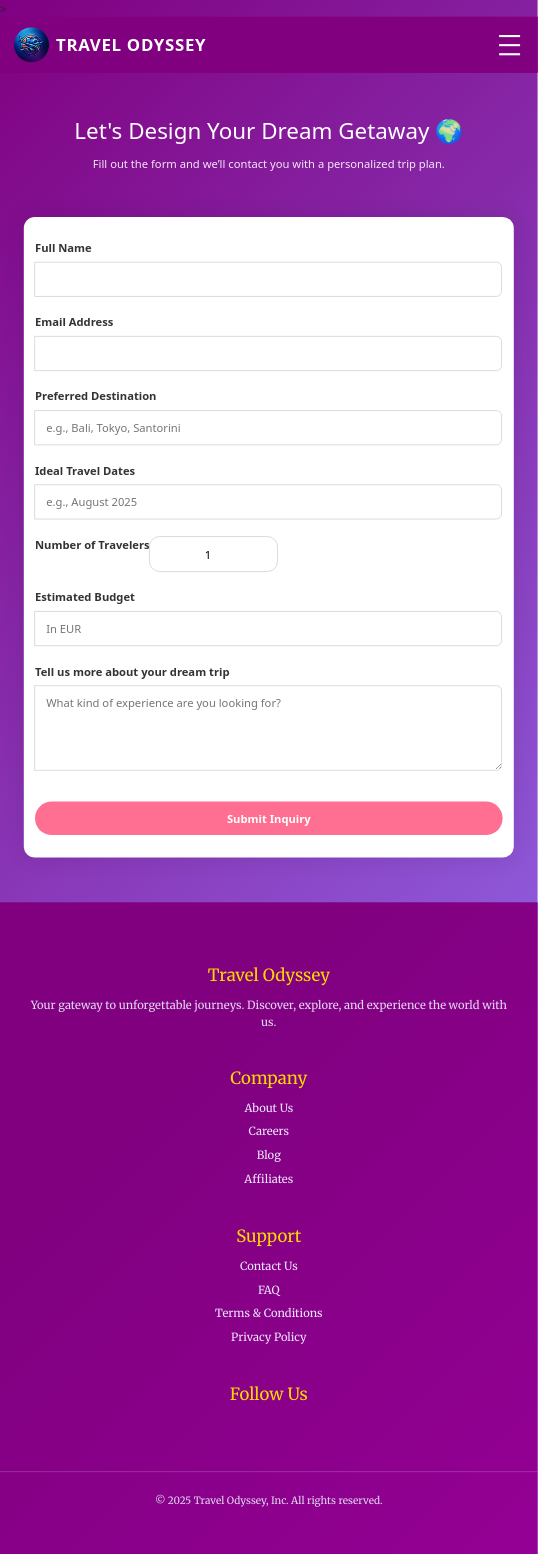
Repository: GHzPhoenix/Project-Odyssey
Page: Frontend/dream.html
An editor plug-in stored every save of this project. The page is shown before and after the next save, followed by the edit.
The browser window is 768 px wide. The pictures show the whole page, at 70% of full size.

Above is the page before, as saved 2025-06-13 14:32:08.

### Frontend/dream.html
<!DOCTYPE html>
<html lang="en">
  <head>
    <meta charset="UTF-8" />
    <meta name="viewport" content="width=device-width, initial-scale=1.0" />
    <title>Plan Your Dream Trip – Travel Odyssey</title>
    <link rel="stylesheet" href="/Frontend/css/style.css" />
    <link rel="stylesheet" href="/Frontend/css/dream.css" />
    <link rel="preconnect" href="https://fonts.googleapis.com" />
    >
    <link rel="preconnect" href="https://fonts.gstatic.com" crossorigin />
    <link
      href="https://fonts.googleapis.com/css2?family=Merriweather:wght@300;400;700&display=swap"
      rel="stylesheet"
    />
    <link
      href="https://cdn.jsdelivr.net/npm/bootstrap@5.3.3/dist/css/bootstrap.min.css"
      rel="stylesheet"
      crossorigin="anonymous"
    />
  </head>
  <body>
    <header>
      <nav>
        <div class="logo">
          <img src="/Frontend/assets/your-logo.png" alt="Logo" />
          Travel Odyssey
        </div>
        <div class="menu-toggle" onclick="toggleMenu()">
          <div></div>
          <div></div>
          <div></div>
        </div>
        <ul class="nav-menu">
          <li><a href="index.html">Home</a></li>
          <li><a href="deals.html">Deals</a></li>
          <li class="dropdown-parent">
            <a href="#">Services ▼</a>
            <div class="dropdown">
              <a href="membership.html">Memberships</a>
              <a href="dream.html">Plan your Trip</a>
              <a href="client-area.html">Client Area</a>
            </div>
          </li>
          <li><a href="contact.html">Contact</a></li>
          <li><a href="signup.html" class="signup-btn">Sign Up</a></li>
        </ul>
      </nav>
    </header>

    <main>
      <section class="dream-intro">
        <h2>Let's Design Your Dream Getaway 🌍</h2>
        <p>
          Fill out the form and we’ll contact you with a personalized trip plan.
        </p>
      </section>

      <section class="dream-form">
        <form id="dreamtrip-form">
          <div class="input-group">
            <label for="name">Full Name</label>
            <input type="text" id="name" name="name" required />
          </div>
          <div class="input-group">
            <label for="email">Email Address</label>
            <input type="email" id="email" name="email" required />
          </div>
          <div class="input-group">
            <label for="destination">Preferred Destination</label>
            <input
              type="text"
              id="destination"
              name="destination"
              placeholder="e.g., Bali, Tokyo, Santorini"
              required
            />
          </div>
          <div class="input-group">
            <label for="dates">Ideal Travel Dates</label>
            <input
              type="text"
              id="dates"
              name="dates"
              placeholder="e.g., August 2025"
              required
            />
          </div>
          <div class="input-group">
            <label for="guests">Number of Travelers</label>
            <input
              type="number"
              id="guests"
              name="guests"
              min="1"
              value="1"
              required
            />
          </div>
          <div class="input-group">
            <label for="budget">Estimated Budget</label>
            <input
              type="number"
              id="budget"
              name="budget"
              placeholder="In EUR"
              min="100"
              required
            />
          </div>
          <div class="input-group">
            <label for="preferences">Tell us more about your dream trip</label>
            <textarea
              id="preferences"
              name="preferences"
              rows="4"
              placeholder="What kind of experience are you looking for?"
            ></textarea>
          </div>
          <div class="button-container">
            <button id="contact" class="submit" type="submit">
              Submit Inquiry
            </button>
          </div>
        </form>
      </section>
    </main>

    <footer class="footer">
      <div class="footer-container">
        <div class="footer-section">
          <h3>Travel Odyssey</h3>
          <p>
            Your gateway to unforgettable journeys. Discover, explore, and
            experience the world with us.
          </p>
        </div>
        <div class="footer-section">
          <h3>Company</h3>
          <ul>
            <li><a href="aboutus.html">About Us</a></li>
            <li><a href="careers.html">Careers</a></li>
            <li><a href="blog.html">Blog</a></li>
            <li><a href="affiliates.html">Affiliates</a></li>
          </ul>
        </div>
        <div class="footer-section">
          <h3>Support</h3>
          <ul>
            <li><a href="contact.html">Contact Us</a></li>
            <li><a href="faq.html">FAQ</a></li>
            <li><a href="terms.html">Terms & Conditions</a></li>
            <li><a href="privacy.html">Privacy Policy</a></li>
          </ul>
        </div>
        <div class="footer-section">
          <h3>Follow Us</h3>
          <div class="social-icons">
            <a href="#"><i class="fab fa-facebook"></i></a>
            <a href="#"><i class="fab fa-instagram"></i></a>
            <a href="#"><i class="fab fa-twitter"></i></a>
            <a href="#"><i class="fab fa-youtube"></i></a>
          </div>
        </div>
      </div>
      <hr />
      <div class="footer-bottom">
        <p>© 2025 Travel Odyssey, Inc. All rights reserved.</p>
      </div>
    </footer>

    <script>
      function toggleMenu() {
        document.querySelector(".nav-menu").classList.toggle("active");
      }
      document
        .getElementById("dreamtrip-form")
        .addEventListener("submit", async (e) => {
          e.preventDefault();
          const f = e.target;
          const body = {
            name: f.name.value.trim(),
            email: f.email.value.trim(),
            destination: f.destination.value.trim(),
            dates: f.dates.value.trim(),
            guests: parseInt(f.guests.value, 10),
            budget: parseFloat(f.budget.value),
            preferences: f.preferences.value.trim(),
          };
          try {
            const res = await fetch("http://127.0.0.1:5001/api/inquiries", {
              method: "POST",
              headers: { "Content-Type": "application/json" },
              body: JSON.stringify(body),
            });
            if (!res.ok) throw await res.json();
            alert(
              "Inquiry saved! Our team will try to make your dream trip a reality."
            );
            f.reset();
          } catch (err) {
            alert(err.error || "Submission failed");
          }
        });
    </script>
  </body>
</html>

### Frontend/css/dream.css
@import url("https://fonts.googleapis.com/css2?family=Merriweather:wght@300;400;700&display=swap");

:root {
  --primary: purple;
  --primary-light: #947fff;
  --accent: #ff6f91;
  --text-dark: #333;
  --bg-light: #f4f4f9;
  --white: #fff;
}

body {
  font-family: "Merriweather", serif;
  margin: 0;
  padding: 0;
  background: linear-gradient(135deg, var(--primary), var(--primary-light));
  color: var(--text-dark);
}

main {
  padding: 4rem 1rem;
  display: flex;
  flex-direction: column;
  align-items: center;
  text-align: center;
}

.dream-intro {
  max-width: 700px;
  margin-bottom: 3rem;
  color: var(--white);
}

.dream-intro h2 {
  font-size: 2.5rem;
  margin-bottom: 1rem;
}

.dream-intro p {
  font-size: 1.2rem;
  opacity: 0.9;
}

.dream-form {
  background: var(--white);
  padding: 2.5rem;
  border-radius: 1rem;
  max-width: 700px;
  width: 100%;
  box-shadow: 0 0 2rem rgba(0, 0, 0, 0.1);
}

.input-group {
  margin-bottom: 1.5rem;
  text-align: left;
}

.input-group label {
  display: block;
  margin-bottom: 0.5rem;
  font-weight: 600;
  color: var(--text-dark);
}

.input-group input,
.input-group textarea {
  width: 100%;
  padding: 0.75rem 1rem;
  border-radius: 0.5rem;
  border: 1px solid #ccc;
  font-size: 1rem;
}

.button-container {
  text-align: center;
}

.submit {
  background: var(--accent);
  color: var(--white);
  border: none;
  padding: 0.75rem 2rem;
  font-size: 1rem;
  border-radius: 2rem;
  cursor: pointer;
  transition: background 0.3s ease, transform 0.2s ease;
}

.submit:hover {
  background: #d54a93;
  transform: translateY(-2px);
}

@media (max-width: 768px) {
  .dream-form {
    padding: 2rem 1rem;
  }
  .dream-intro h2 {
    font-size: 2rem;
  }
  .dream-intro p {
    font-size: 1rem;
  }
}

Loaded but not shown: Frontend/css/style.css (1245 lines, source omitted)

After the next save:
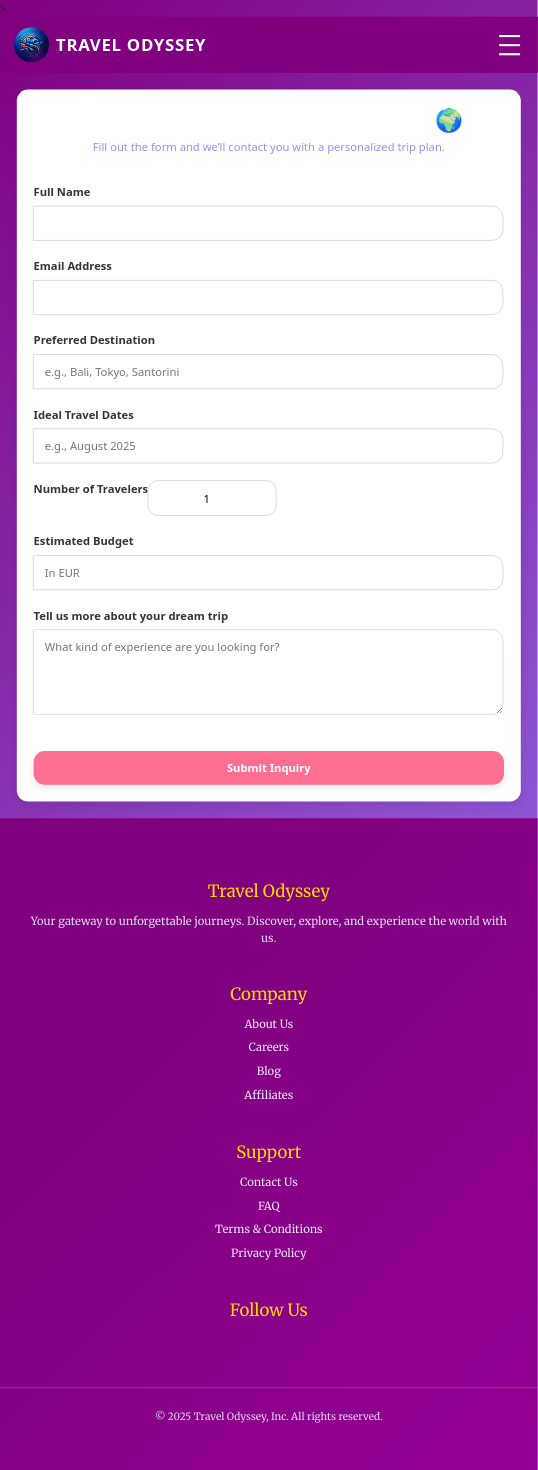
Saved 2 min 18 s later.
--- a/Frontend/css/dream.css
+++ b/Frontend/css/dream.css
@@ -7,58 +7,61 @@
   --text-dark: #333;
   --bg-light: #f4f4f9;
   --white: #fff;
+  --radius: 1rem;
+  --shadow: 0 4px 12px rgba(0, 0, 0, 0.1);
+}
+
+* {
+  box-sizing: border-box;
+  margin: 0;
+  padding: 0;
 }
 
 body {
   font-family: "Merriweather", serif;
-  margin: 0;
-  padding: 0;
   background: linear-gradient(135deg, var(--primary), var(--primary-light));
   color: var(--text-dark);
 }
 
 main {
-  padding: 4rem 1rem;
-  display: flex;
-  flex-direction: column;
-  align-items: center;
-  text-align: center;
+  max-width: 900px;
+  margin: 3rem auto;
+  background: var(--white);
+  padding: 2rem;
+  border-radius: var(--radius);
+  box-shadow: var(--shadow);
 }
 
 .dream-intro {
-  max-width: 700px;
-  margin-bottom: 3rem;
-  color: var(--white);
+  margin-bottom: 2.5rem;
+  color: var(--primary-light);
 }
 
 .dream-intro h2 {
   font-size: 2.5rem;
-  margin-bottom: 1rem;
+  color: var(--white);
+  text-align: center;
+  margin-bottom: 0.5rem;
 }
 
 .dream-intro p {
-  font-size: 1.2rem;
+  font-size: 1.1rem;
   opacity: 0.9;
+  text-align: center;
 }
 
 .dream-form {
-  background: var(--white);
-  padding: 2.5rem;
-  border-radius: 1rem;
-  max-width: 700px;
   width: 100%;
-  box-shadow: 0 0 2rem rgba(0, 0, 0, 0.1);
 }
 
 .input-group {
   margin-bottom: 1.5rem;
-  text-align: left;
 }
 
 .input-group label {
   display: block;
   margin-bottom: 0.5rem;
-  font-weight: 600;
+  font-weight: 700;
   color: var(--text-dark);
 }
 
@@ -66,13 +69,26 @@
 .input-group textarea {
   width: 100%;
   padding: 0.75rem 1rem;
-  border-radius: 0.5rem;
   border: 1px solid #ccc;
+  border-radius: var(--radius);
   font-size: 1rem;
+  transition: border-color 0.2s;
+}
+
+.input-group input:focus,
+.input-group textarea:focus {
+  outline: none;
+  border-color: var(--primary);
+}
+
+textarea {
+  resize: vertical;
+  min-height: 120px;
 }
 
 .button-container {
   text-align: center;
+  margin-top: 2rem;
 }
 
 .submit {
@@ -81,8 +97,9 @@
   border: none;
   padding: 0.75rem 2rem;
   font-size: 1rem;
-  border-radius: 2rem;
+  border-radius: var(--radius);
   cursor: pointer;
+  box-shadow: var(--shadow);
   transition: background 0.3s ease, transform 0.2s ease;
 }
 
@@ -92,8 +109,9 @@
 }
 
 @media (max-width: 768px) {
-  .dream-form {
-    padding: 2rem 1rem;
+  main {
+    margin: 1.5rem;
+    padding: 1.5rem;
   }
   .dream-intro h2 {
     font-size: 2rem;

After the save that followed:
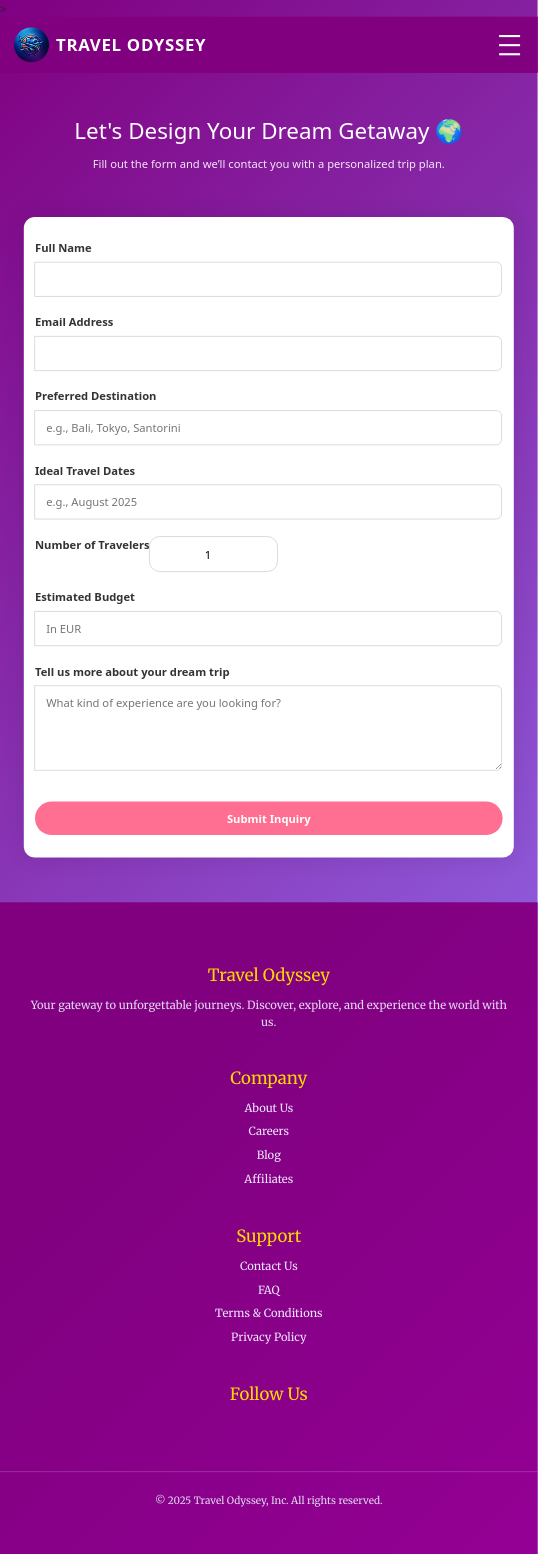
Saved 9 s later.
--- a/Frontend/css/dream.css
+++ b/Frontend/css/dream.css
@@ -7,61 +7,58 @@
   --text-dark: #333;
   --bg-light: #f4f4f9;
   --white: #fff;
-  --radius: 1rem;
-  --shadow: 0 4px 12px rgba(0, 0, 0, 0.1);
-}
-
-* {
-  box-sizing: border-box;
-  margin: 0;
-  padding: 0;
 }
 
 body {
   font-family: "Merriweather", serif;
+  margin: 0;
+  padding: 0;
   background: linear-gradient(135deg, var(--primary), var(--primary-light));
   color: var(--text-dark);
 }
 
 main {
-  max-width: 900px;
-  margin: 3rem auto;
-  background: var(--white);
-  padding: 2rem;
-  border-radius: var(--radius);
-  box-shadow: var(--shadow);
+  padding: 4rem 1rem;
+  display: flex;
+  flex-direction: column;
+  align-items: center;
+  text-align: center;
 }
 
 .dream-intro {
-  margin-bottom: 2.5rem;
-  color: var(--primary-light);
+  max-width: 700px;
+  margin-bottom: 3rem;
+  color: var(--white);
 }
 
 .dream-intro h2 {
   font-size: 2.5rem;
-  color: var(--white);
-  text-align: center;
-  margin-bottom: 0.5rem;
+  margin-bottom: 1rem;
 }
 
 .dream-intro p {
-  font-size: 1.1rem;
+  font-size: 1.2rem;
   opacity: 0.9;
-  text-align: center;
 }
 
 .dream-form {
+  background: var(--white);
+  padding: 2.5rem;
+  border-radius: 1rem;
+  max-width: 700px;
   width: 100%;
+  box-shadow: 0 0 2rem rgba(0, 0, 0, 0.1);
 }
 
 .input-group {
   margin-bottom: 1.5rem;
+  text-align: left;
 }
 
 .input-group label {
   display: block;
   margin-bottom: 0.5rem;
-  font-weight: 700;
+  font-weight: 600;
   color: var(--text-dark);
 }
 
@@ -69,26 +66,13 @@
 .input-group textarea {
   width: 100%;
   padding: 0.75rem 1rem;
+  border-radius: 0.5rem;
   border: 1px solid #ccc;
-  border-radius: var(--radius);
   font-size: 1rem;
-  transition: border-color 0.2s;
-}
-
-.input-group input:focus,
-.input-group textarea:focus {
-  outline: none;
-  border-color: var(--primary);
-}
-
-textarea {
-  resize: vertical;
-  min-height: 120px;
 }
 
 .button-container {
   text-align: center;
-  margin-top: 2rem;
 }
 
 .submit {
@@ -97,9 +81,8 @@
   border: none;
   padding: 0.75rem 2rem;
   font-size: 1rem;
-  border-radius: var(--radius);
+  border-radius: 2rem;
   cursor: pointer;
-  box-shadow: var(--shadow);
   transition: background 0.3s ease, transform 0.2s ease;
 }
 
@@ -109,9 +92,8 @@
 }
 
 @media (max-width: 768px) {
-  main {
-    margin: 1.5rem;
-    padding: 1.5rem;
+  .dream-form {
+    padding: 2rem 1rem;
   }
   .dream-intro h2 {
     font-size: 2rem;
